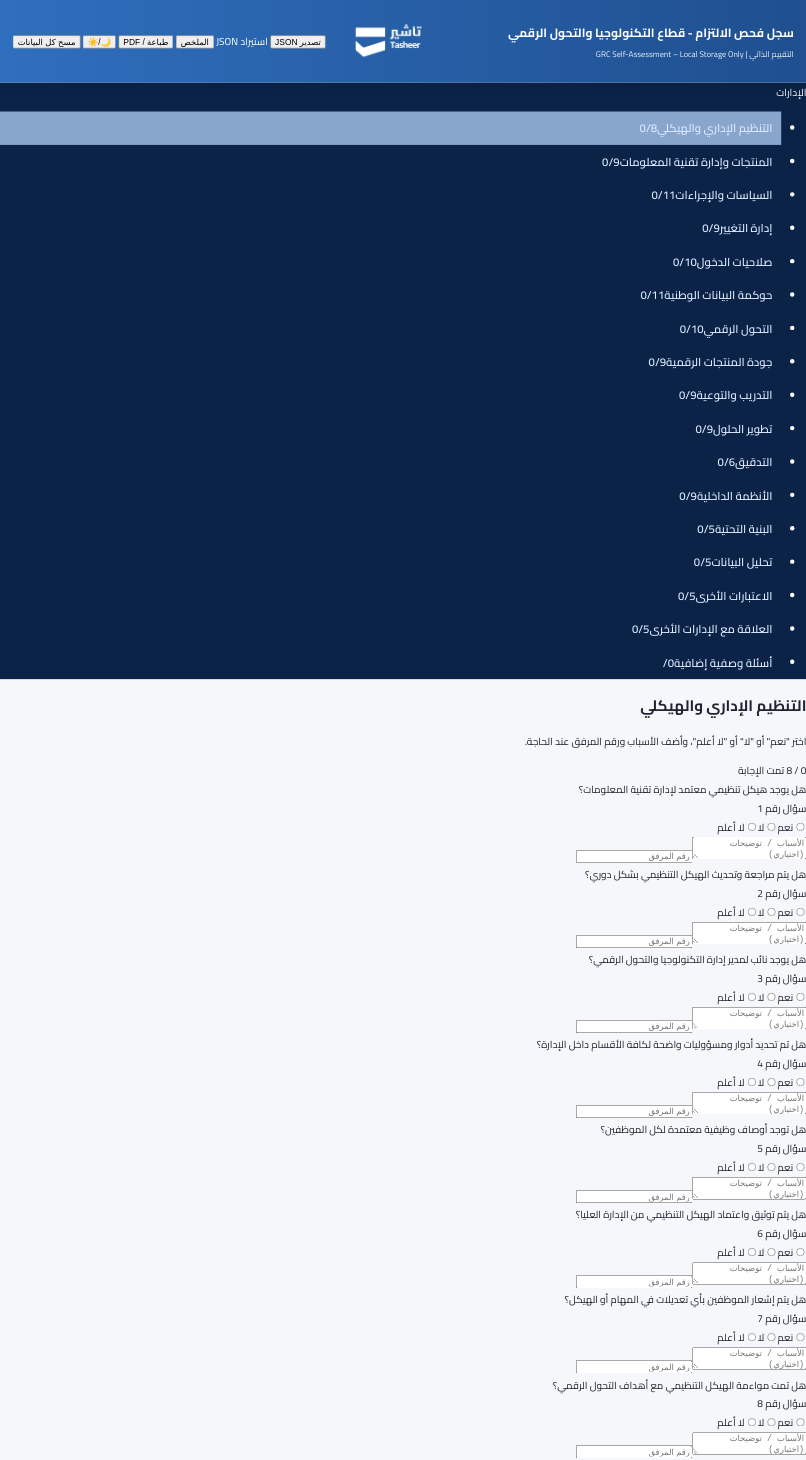
Repository: Tasheer-dev/GRCq
Page: index.html
These files come from the project's save history. The page is drawn as it stood at one moment and after the next save; the edit follows.
The browser window is 1280 px wide. The pictures show the whole page, at 63% of full size.

Above is the page before, as saved 2025-11-27 08:42:43.

After the next save:
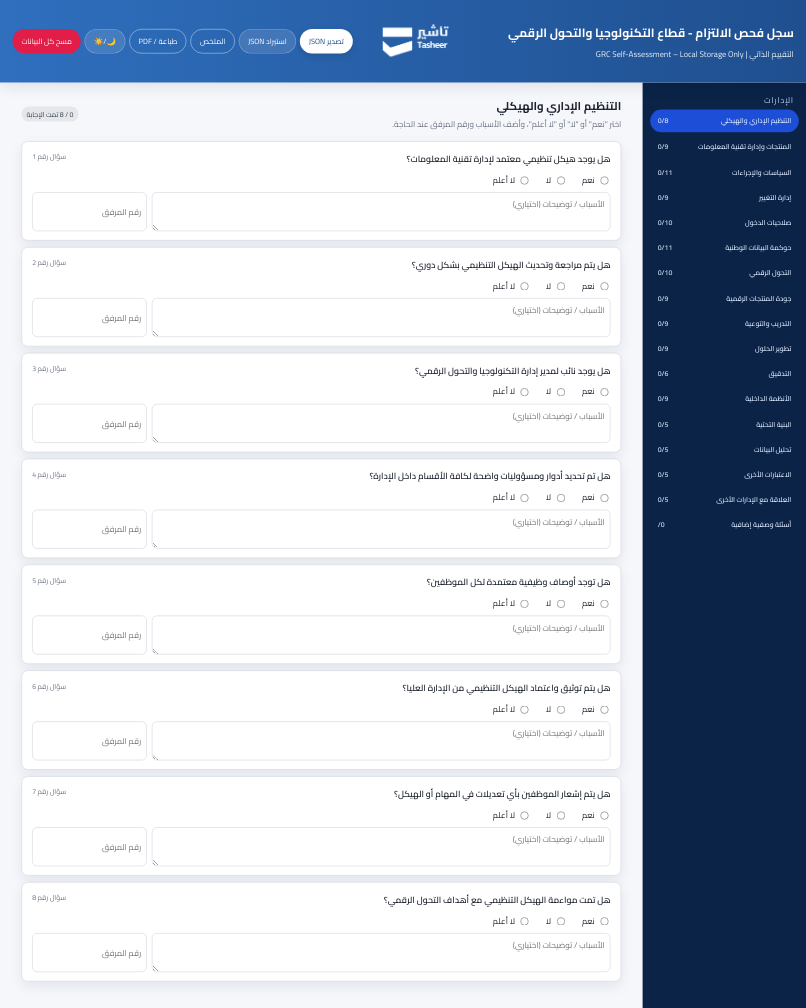
Saved 4 s later.
--- a/style.css
+++ b/style.css
@@ -177,7 +177,7 @@
 }
 
 .header-logo {
-  width: 170px; /*  /
+  width: 170px; /*  */
   height: auto;
 }
 
